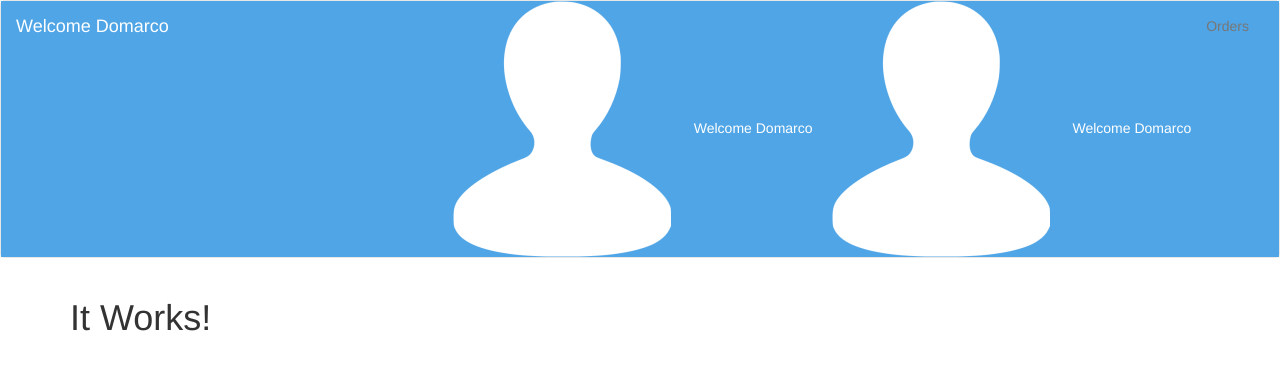
Repository: PrestasiBengis/PBO2-FinalProject
Page: http://localhost/FinalProject_-_Sistem_SKKM/MainFrame.jsp
An editor plug-in stored every save of this project. The page is shown before and after the next save, followed by the edit.
The browser window is 1280 px wide. The pictures show the whole page.
The page is served by Tomcat 9. Other server files are loaded and not shown.

Above is the page before, as saved 2015-05-22 10:28:46.

### FinalProject - Sistem SKKM/WebContent/MainFrame.jsp
<%@ page language="java" contentType="text/html; charset=ISO-8859-1"
    pageEncoding="ISO-8859-1"%>
<%@ page import = "com.fantastic5.skkmprogram.*" %>


<!DOCTYPE html PUBLIC "-//W3C//DTD HTML 4.01 Transitional//EN" "http://www.w3.org/TR/html4/loose.dtd">
<html lang="en">
  <head>
    <meta charset="utf-8">
    <meta http-equiv="X-UA-Compatible" content="IE=edge">
    <meta name="viewport" content="width=device-width, initial-scale=1">
    <!-- The above 3 meta tags *must* come first in the head; any other head content must come *after* these tags -->
    <title>Products - IF532 JSP</title>

    <!-- Bootstrap -->
    <link href="css/bootstrap.min.css" rel="stylesheet">
	<link href="css/dataTables.bootstrap.css" rel="stylesheet">

    <!-- HTML5 shim and Respond.js for IE8 support of HTML5 elements and media queries -->
    <!-- WARNING: Respond.js doesn't work if you view the page via file:// -->
    <!--[if lt IE 9]>
      <script src="https://oss.maxcdn.com/html5shiv/3.7.2/html5shiv.min.js"></script>
      <script src="https://oss.maxcdn.com/respond/1.4.2/respond.min.js"></script>
    <![endif]-->

	<!-- jQuery (necessary for Bootstrap's JavaScript plugins) -->
    <script src="js/jquery-1.11.3.min.js"></script>
    <!-- Include all compiled plugins (below), or include individual files as needed -->
    <script src="js/bootstrap.min.js"></script>
	<script src="js/jquery.dataTables.min.js"></script>
	<script src="js/dataTables.bootstrap.js"></script>

	<style type="text/css">
		body { font-size: 140%; }

		#header{
			background: #50A5E6;
			color: #fff;
		}
	</style>



  </head>

  <body>
	<nav class="navbar navbar-default">
		<div class="container-fluid" id="header">
			<!-- Brand and toggle get grouped for better mobile display -->
			<div class="navbar-header">
			  <button type="button" class="navbar-toggle collapsed" data-toggle="collapse" data-target="#bs-example-navbar-collapse-1">
				<span class="sr-only">Toggle navigation</span>
				<span class="icon-bar"></span>
				<span class="icon-bar"></span>
				<span class="icon-bar"></span>
			  </button>
			  <a class="navbar-brand" href="#" style="color: white;">Welcome Domarco</a>
			</div>

			<!-- Collect the nav links, forms, and other content for toggling -->
			<div class="collapse navbar-collapse" id="bs-example-navbar-collapse-1" >
			  <ul class="nav navbar-nav navbar-right" >
				<li class="active">
					<img src="./icon/contacts.png"> Welcome Domarco
				</li>
				<li>
					<img src="./icon/contacts.png"> Welcome Domarco
				</li>
				<li>
					<a href="#" >Orders<span class="sr-only">(current)</span></a>
				</li>
			  </ul>
			</div><!-- /.navbar-collapse -->
		</div><!-- /.container-fluid -->
	</nav>

	<script type="text/javascript">
		$(document).ready(function() {
			$('#example').dataTable();
		} );
	</script>

	<div class="container">

		<h1> It Works!</h1>
	</div>


  </body>
</html>

Loaded but not shown: FinalProject - Sistem SKKM/WebContent/css/bootstrap.min.css (library); FinalProject - Sistem SKKM/WebContent/css/dataTables.bootstrap.css (common file); FinalProject - Sistem SKKM/WebContent/js/jquery-1.11.3.min.js (library); FinalProject - Sistem SKKM/WebContent/js/bootstrap.min.js (library); FinalProject - Sistem SKKM/WebContent/js/jquery.dataTables.min.js (library); FinalProject - Sistem SKKM/WebContent/js/dataTables.bootstrap.js (common file)

After the next save:
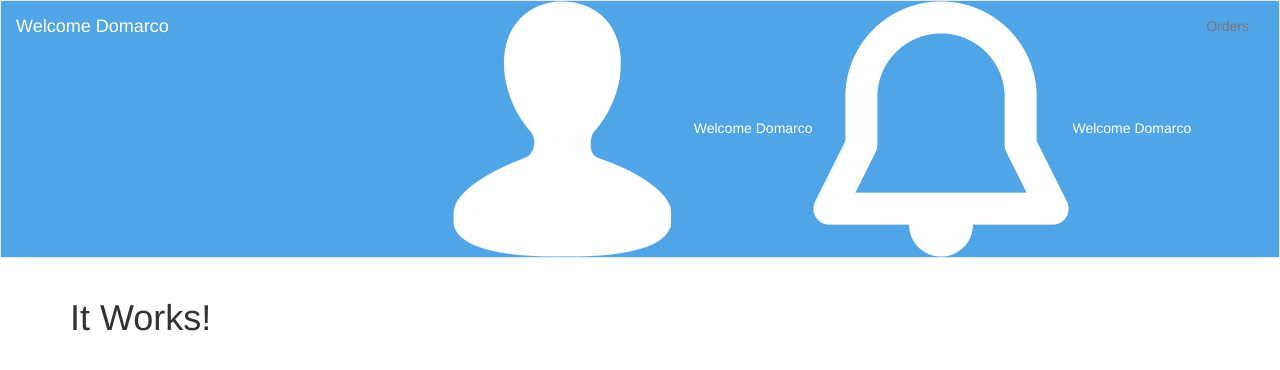
Saved 17 s later.
--- a/FinalProject - Sistem SKKM/WebContent/MainFrame.jsp
+++ b/FinalProject - Sistem SKKM/WebContent/MainFrame.jsp
@@ -64,7 +64,7 @@
 					<img src="./icon/contacts.png"> Welcome Domarco
 				</li>
 				<li>
-					<img src="./icon/contacts.png"> Welcome Domarco
+					<img src="./icon/bell.png"> Welcome Domarco
 				</li>
 				<li>
 					<a href="#" >Orders<span class="sr-only">(current)</span></a>
